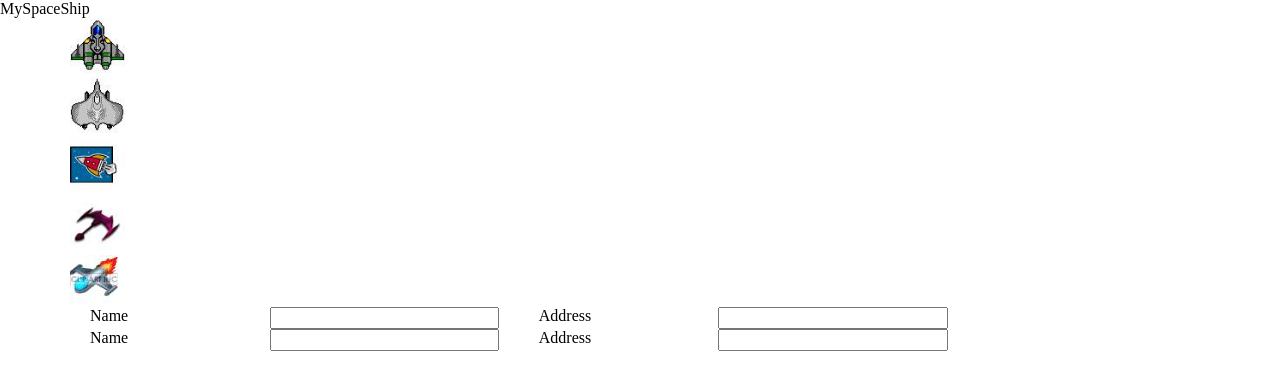
Repository: eudesf/MySpaceShip
Page: MySpaceShip/WebContent/Copy of formlayoutajax.html
These files come from the project's save history. The page is drawn as it stood at one moment and after the next save; the edit follows.
The browser window is 1280 px wide. The pictures show the whole page.

Above is the page before, as saved 2012-03-19 13:36:14.

After the next save:
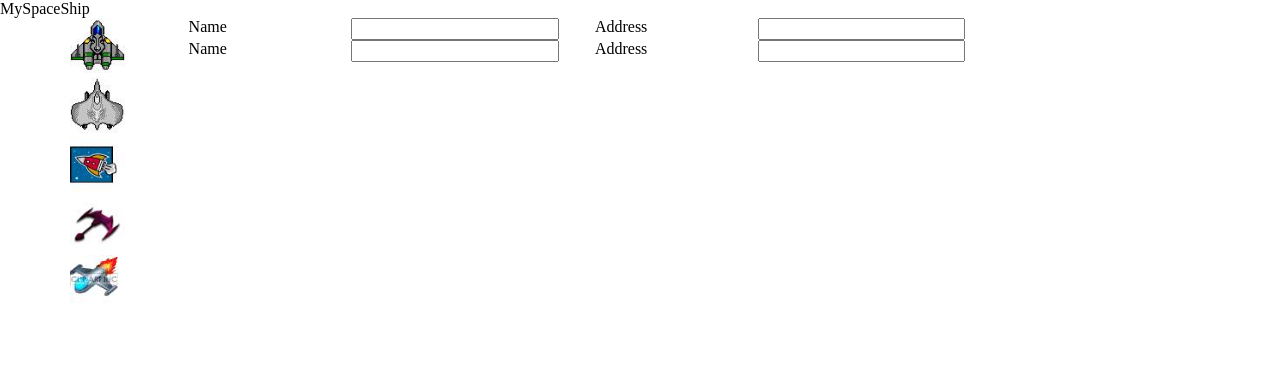
Saved 22 s later.
--- a/MySpaceShip/WebContent/Copy of formlayoutajax.html
+++ b/MySpaceShip/WebContent/Copy of formlayoutajax.html
@@ -55,7 +55,7 @@
 				<section>
 					<article>
 						<form>
-							<div class="container elevencol">
+							<div class="container tencol">
 								<div class="row">
 									<div class="twocol">
 										<label for="name">Name</label>
